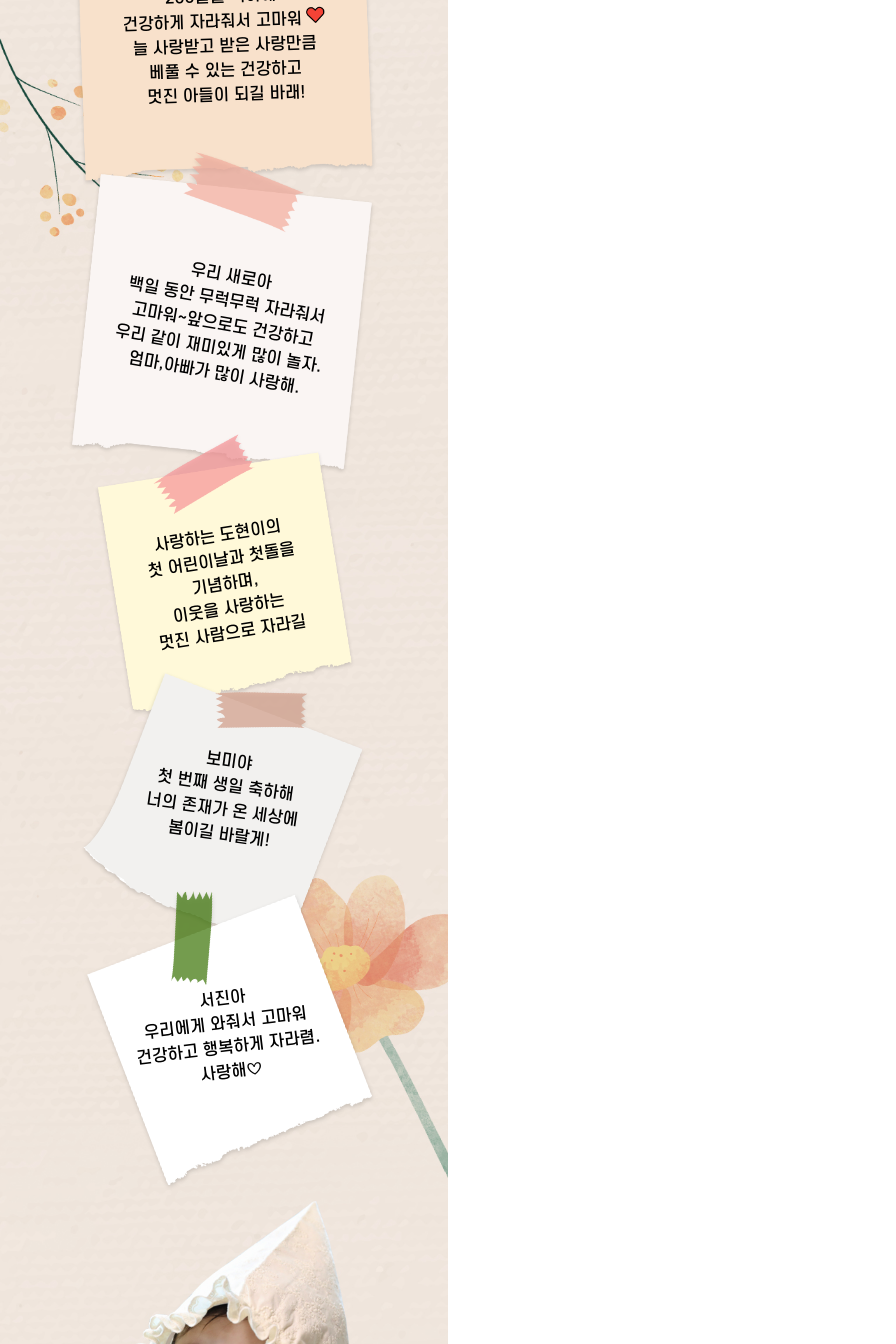
Repository: dlgywls1130/save_children_m
Page: index.html
These files come from the project's save history. The page is drawn as it stood at one moment and after the next save; the edit follows.
The browser window is 1280 px wide. The pictures show the part of the page from y = 1249 to 3169 px (the page is 9980 px tall), at 70% of full size.

Above is the page before, as saved 2023-12-13 20:41:33.

After the next save:
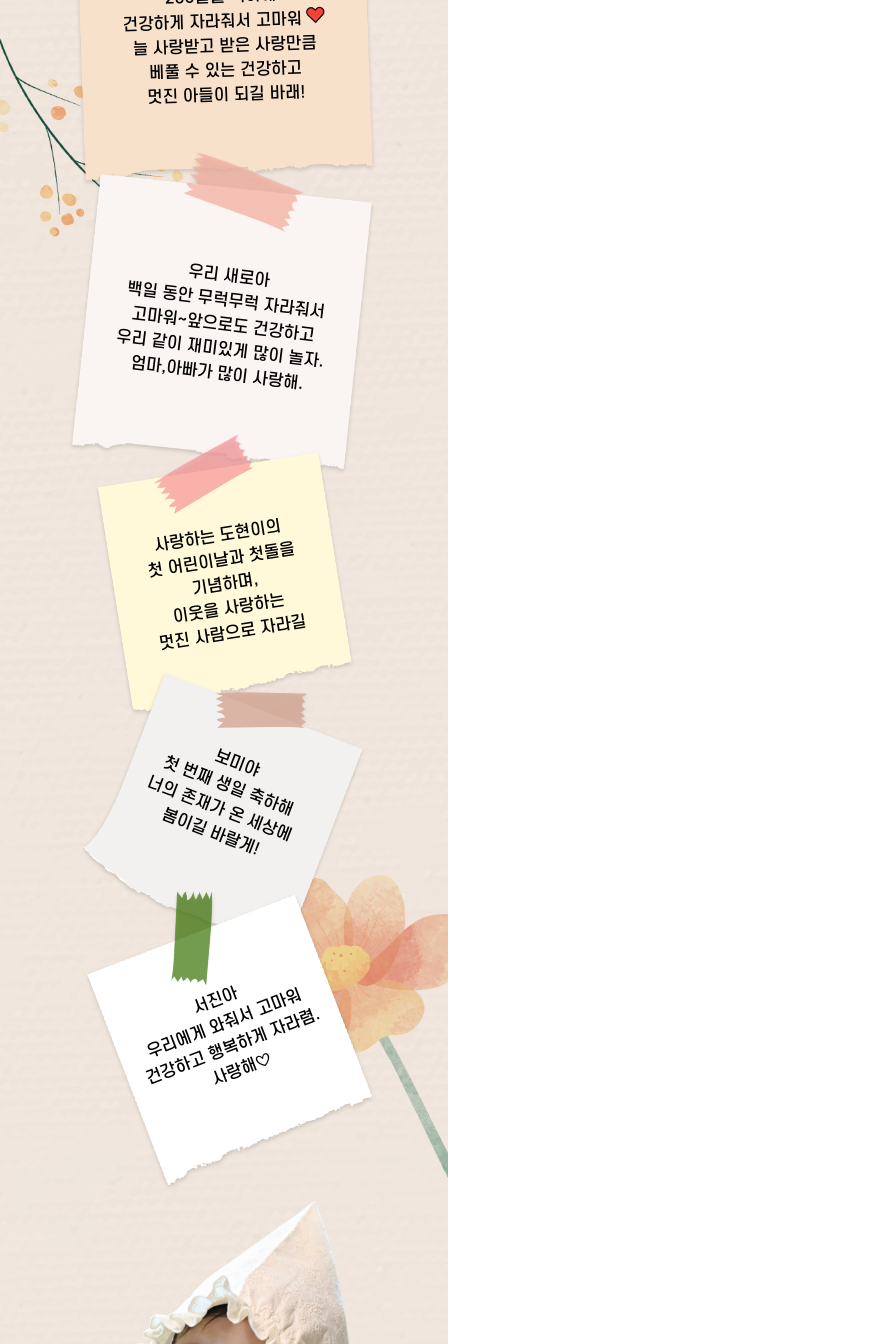
Saved 13 min 23 s later.
--- a/css/style.css
+++ b/css/style.css
@@ -291,7 +291,7 @@
 }
 
 .postit02 p{
-    transform: rotate(10deg);
+    transform: rotate(7deg);
     padding-top: 20px;
 }
 
@@ -306,7 +306,7 @@
 }
 
 .postit03 p{
-    transform: rotate(7deg);
+    transform: rotate(-7deg);
     padding-top: 20px;
 }
 
@@ -321,7 +321,7 @@
 }
 
 .postit04 p{
-    transform: rotate(354deg);
+    transform: rotate(7deg);
 }
 
 .postit05{
